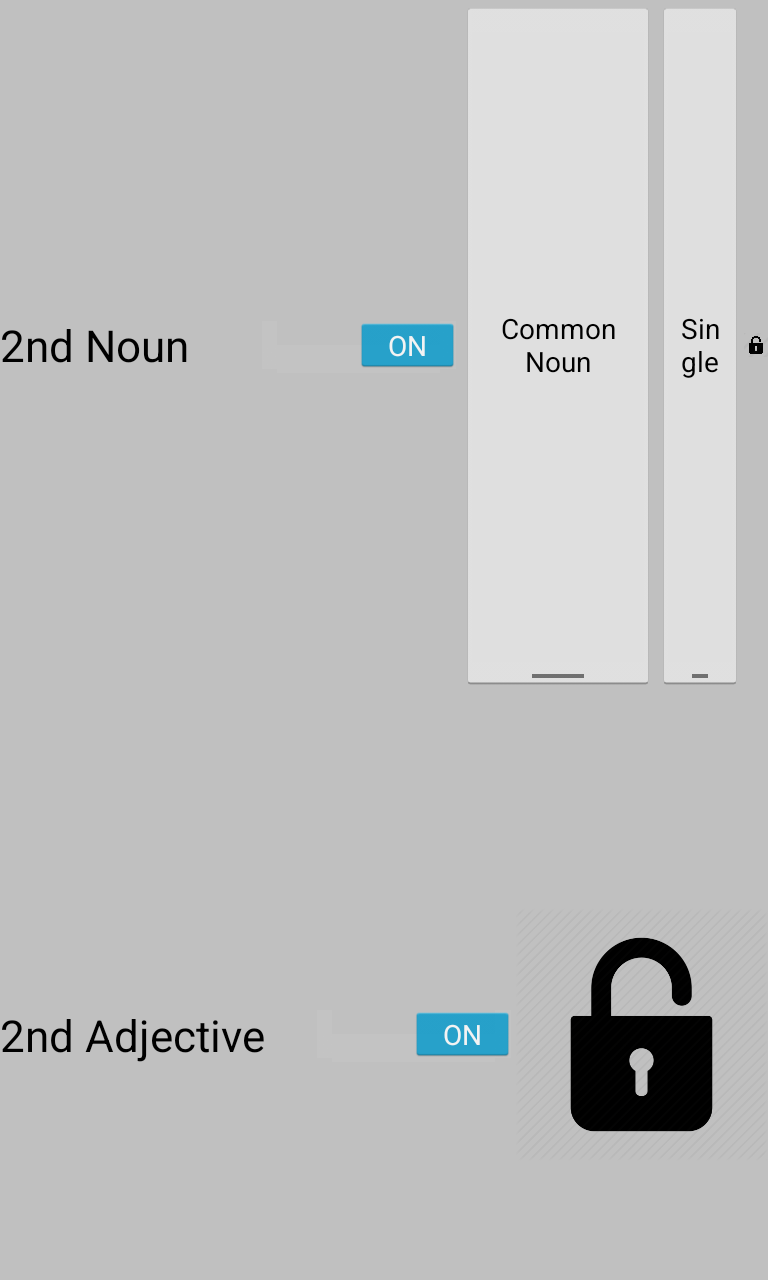
Repository: TheDizzler/TableTopTools
Layout: RPGTools/res/layout/fragment_cause_controls.xml
The author's editor kept a copy of each file at every save. The layout is drawn from the files as they stood at one save, then again after the next save.
It is drawn on a 768 x 1280 px phone screen (xhdpi) without system bars, with theme AppTheme; the app's code is not run.

Above is the layout before, as saved 2017-03-22 09:03:46.

### RPGTools/res/layout/fragment_cause_controls.xml
<?xml version="1.0" encoding="utf-8"?>
<TableLayout xmlns:android="http://schemas.android.com/apk/res/android"
    android:layout_width="match_parent"
    android:layout_height="match_parent"
    android:background="#C0C0C0"
    android:measureWithLargestChild="true"
    android:orientation="vertical"
    android:weightSum="6"
    android:showDividers="beginning">

    <TableRow
        android:id="@+id/tableRow1_cause"
        android:layout_width="match_parent"
        android:layout_height="wrap_content"
        android:layout_weight="1"
        android:orientation="horizontal"
        android:weightSum="3"
        android:showDividers="end">

        <TextView
            android:id="@+id/textView1"
            android:layout_width="wrap_content"
            android:layout_weight="1"
            android:text="Conjunction"
            android:textAppearance="?android:attr/textAppearanceLarge" />

        <Spinner
            android:id="@+id/spinner_Conjunctions"
            android:layout_width="wrap_content"
            android:layout_height="match_parent"
            android:layout_weight="1"
            android:padding="0dp" />

        <ImageView
            android:id="@+id/lockBtn_conj"
            android:layout_width="32dp"
            android:layout_height="match_parent"
            android:layout_weight="1"
            android:src="@drawable/unlocked" />
    </TableRow>

    <TableRow
        android:id="@+id/tableRow2"
        android:layout_width="match_parent"
        android:layout_height="wrap_content"
        android:layout_weight="1"
        android:weightSum="2" >

        <Switch
            android:id="@+id/switch_primaryAdjective"
            android:layout_width="wrap_content"
            android:layout_height="wrap_content"
            android:layout_weight="1"
            android:checked="true"
            android:text="Adjective"
            android:textAppearance="?android:attr/textAppearanceLarge" />

        <ImageView
            android:id="@+id/lockBtn_primaryAdj"
            android:layout_width="32dp"
            android:layout_height="match_parent"
            android:layout_weight="1"
            android:src="@drawable/unlocked" />
    </TableRow>

    <TableRow
        android:id="@+id/tableRow3"
        android:layout_width="match_parent"
        android:layout_height="wrap_content"
        android:layout_weight="1"
        android:weightSum="4" >

        <TextView
            android:id="@+id/textView3"
            android:layout_width="wrap_content"
            android:layout_height="wrap_content"
            android:layout_weight="1"
            android:text="Primary Noun"
            android:textAppearance="?android:attr/textAppearanceLarge" />

        <ToggleButton
            android:id="@+id/toggleBtn_primaryNounProper"
            android:layout_width="wrap_content"
            android:layout_height="wrap_content"
            android:layout_weight="1"
            android:textOff="Common Noun"
            android:textOn="Proper Noun" />

        <ToggleButton
            android:id="@+id/toggleBtn_primaryNounPlural"
            android:layout_width="wrap_content"
            android:layout_height="wrap_content"
            android:layout_weight="1"
            android:textOff="Single"
            android:textOn="Plural" />

        <ImageView
            android:id="@+id/lockBtn_primaryNoun"
            android:layout_width="32dp"
            android:layout_height="match_parent"
            android:layout_weight="1"
            android:src="@drawable/unlocked" />
    </TableRow>

    <TableRow
        android:id="@+id/tableRow4"
        android:layout_width="match_parent"
        android:layout_height="wrap_content"
        android:layout_weight="1"
        android:weightSum="4" >

        <Switch
            android:id="@+id/switch_secondaryNoun"
            android:layout_width="wrap_content"
            android:layout_height="match_parent"
            android:layout_weight="1"
            android:checked="true"
            android:text="2nd Noun"
            android:textAppearance="?android:attr/textAppearanceLarge" />

        <ToggleButton
            android:id="@+id/toggleBtn_secondaryNounProper"
            android:layout_width="wrap_content"
            android:layout_height="match_parent"
            android:layout_weight="1"
            android:textOff="Common Noun"
            android:textOn="Proper Noun" />

        <ToggleButton
            android:id="@+id/toggleBtn_secondaryNounPlural"
            android:layout_width="wrap_content"
            android:layout_height="match_parent"
            android:layout_weight="1"
            android:textOff="Single"
            android:textOn="Plural" />

        <ImageView
            android:id="@+id/lockBtn_secondaryNoun"
            android:layout_width="32dp"
            android:layout_height="match_parent"
            android:layout_weight="1"
            android:src="@drawable/unlocked" />
    </TableRow>

    <TableRow
        android:id="@+id/tableRow5"
        android:layout_width="match_parent"
        android:layout_height="wrap_content"
        android:layout_weight="1"
        android:weightSum="2" >

        <Switch
            android:id="@+id/switch_secondaryAdjective"
            android:layout_width="wrap_content"
            android:layout_height="match_parent"
            android:layout_weight="1"
            android:checked="true"
            android:text="2nd Adjective"
            android:textAppearance="?android:attr/textAppearanceLarge" />

        <ImageView
            android:id="@+id/lockBtn_secondaryAdjective"
            android:layout_width="32dp"
            android:layout_height="match_parent"
            android:layout_weight="1"
            android:src="@drawable/unlocked" />
    </TableRow>

    <TableRow
        android:id="@+id/tableRow6"
        android:layout_width="match_parent"
        android:layout_height="wrap_content"
        android:layout_weight="1"
        android:weightSum="2" >

        <TextView
            android:id="@+id/textView_causeVerb"
            android:layout_width="wrap_content"
            android:layout_height="match_parent"
            android:text="Verb"
            android:textAppearance="?android:attr/textAppearanceLarge" />

        <ImageView
            android:id="@+id/lockBtn_causeVerb"
            android:layout_width="32dp"
            android:layout_height="match_parent"
            android:layout_weight="1"
            android:src="@drawable/unlocked" />

    </TableRow>

</TableLayout>

Loaded but not shown: RPGTools/res/values/styles.xml (common file); RPGTools/res/values-v11/styles.xml (common file); RPGTools/res/values-v14/styles.xml (common file)

After the next save:
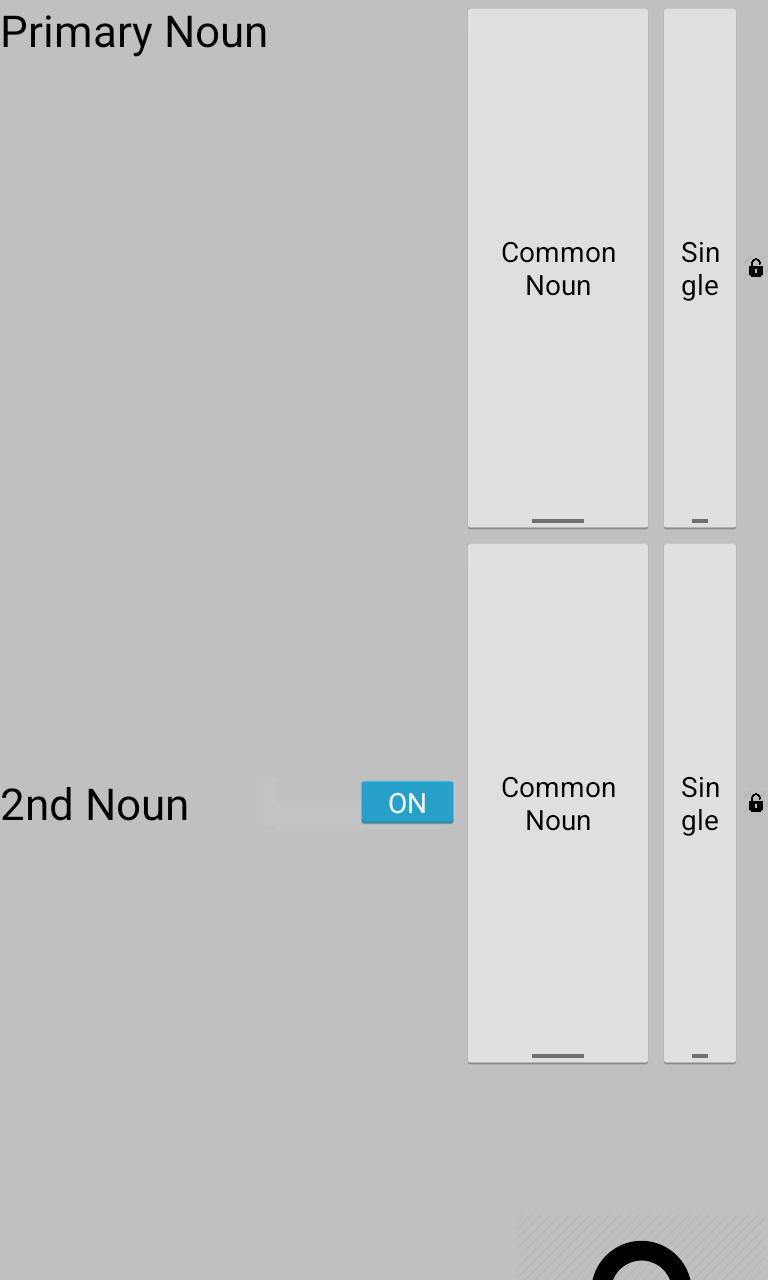
Saved 15 s later.
--- a/RPGTools/res/layout/fragment_cause_controls.xml
+++ b/RPGTools/res/layout/fragment_cause_controls.xml
@@ -73,7 +73,7 @@
         <TextView
             android:id="@+id/textView3"
             android:layout_width="wrap_content"
-            android:layout_height="wrap_content"
+            android:layout_height="match_parent"
             android:layout_weight="1"
             android:text="Primary Noun"
             android:textAppearance="?android:attr/textAppearanceLarge" />
@@ -81,7 +81,7 @@
         <ToggleButton
             android:id="@+id/toggleBtn_primaryNounProper"
             android:layout_width="wrap_content"
-            android:layout_height="wrap_content"
+            android:layout_height="match_parent"
             android:layout_weight="1"
             android:textOff="Common Noun"
             android:textOn="Proper Noun" />
@@ -89,7 +89,7 @@
         <ToggleButton
             android:id="@+id/toggleBtn_primaryNounPlural"
             android:layout_width="wrap_content"
-            android:layout_height="wrap_content"
+            android:layout_height="match_parent"
             android:layout_weight="1"
             android:textOff="Single"
             android:textOn="Plural" />
